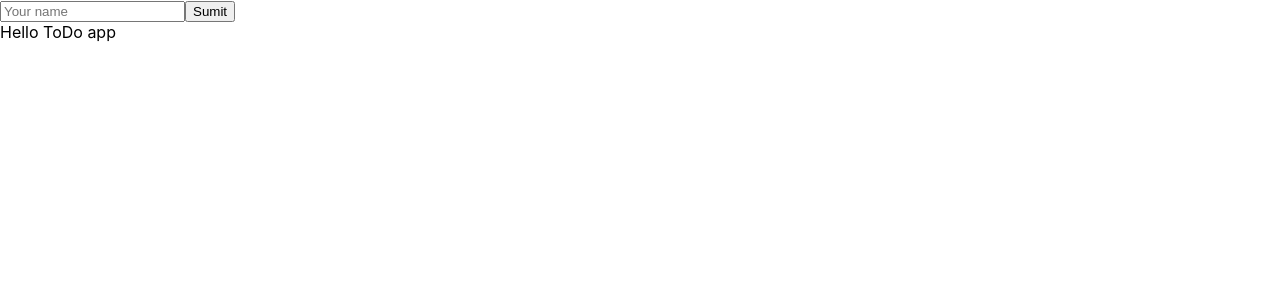
Repository: hoang0508/ReactJsHoiDanIT
Page: /
These files come from the project's save history. The page is drawn as it stood at one moment and after the next save; the edit follows.
The browser window is 1280 px wide. The pictures show the whole page.
The project was rebuilt for these pictures with package versions that can differ from the ones it lists, and the page was loaded fresh each time. Also part of the build but not shown: src/App.css.

Above is the page before, as saved 2022-02-04 12:28:31.

### src/App.js
// import logo from "./logo.svg";
import "./App.css";
import TodoList from "./components/TodoApp/TodoList";

const App = () => {
  return <TodoList />;
};

export default App;

### src/components/TodoApp/TodoList.js
import React, { useState } from "react";

const TodoList = () => {
  const [nameTodo, setNameTodo] = useState("");
  const [listTodo, setListTodo] = useState([
    {
      id: 1,
      name: "Whatching youtube",
    },
    {
      id: 2,
      name: "Using facebook",
    },
    {
      id: 3,
      name: "Reading book",
    },
  ]);
  console.log(">> check data:", listTodo);
  const handleChangeTodo = (e) => {
    setNameTodo(e.target.value);
  };
  const handleClickTodo = (e) => {
    alert(nameTodo);
  };
  return (
    <>
      <input
        type="text"
        placeholder="Your name"
        // value={nameTodo}
        onChange={(e) => handleChangeTodo(e)}
      />
      <button type="button" onClick={(e) => handleClickTodo(e)}>
        Sumit
      </button>
      <div>Hello ToDo app {nameTodo}</div>
    </>
  );
};

// class TodoList extends React.Component {
//   // Khai báo state
//   state = {
//     name: "Hoang",
//   };
//   render() {
//     return (
//       <>
//         <input
//           placeholder="Your name"
//           onChange={(e) => this.setState({ name: e.target.value })}
//         />
//         <div>Hello {this.state.name}</div>
//       </>
//     );
//   }
// }

export default TodoList;

Loaded but not shown: public/index.html (common file); src/index.js (common file); src/index.css (common file); src/reportWebVitals.js (common file)

After the next save:
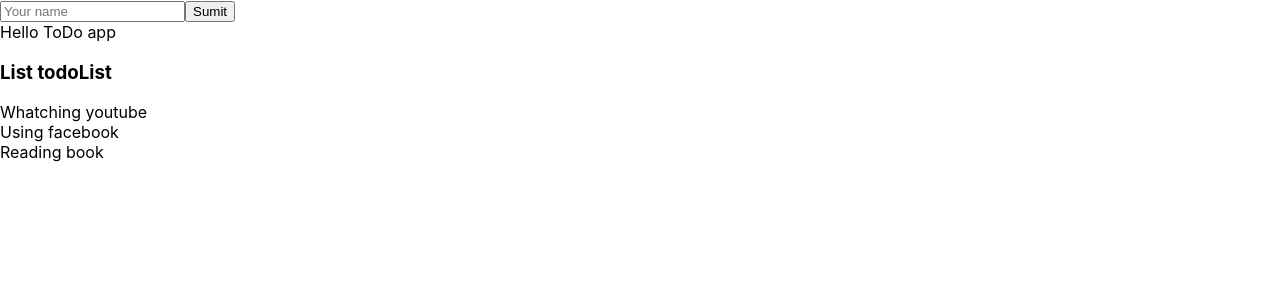
Saved 15 min 14 s later.
--- a/src/components/TodoApp/TodoList.js
+++ b/src/components/TodoApp/TodoList.js
@@ -35,6 +35,16 @@ const TodoList = () => {
         Sumit
       </button>
       <div>Hello ToDo app {nameTodo}</div>
+      <div>
+        <h3>List todoList</h3>
+        {listTodo &&
+          listTodo.length > 0 &&
+          listTodo.map((item, index) => (
+            <div key={item.id}>
+              <div>{item.name}</div>
+            </div>
+          ))}
+      </div>
     </>
   );
 };
